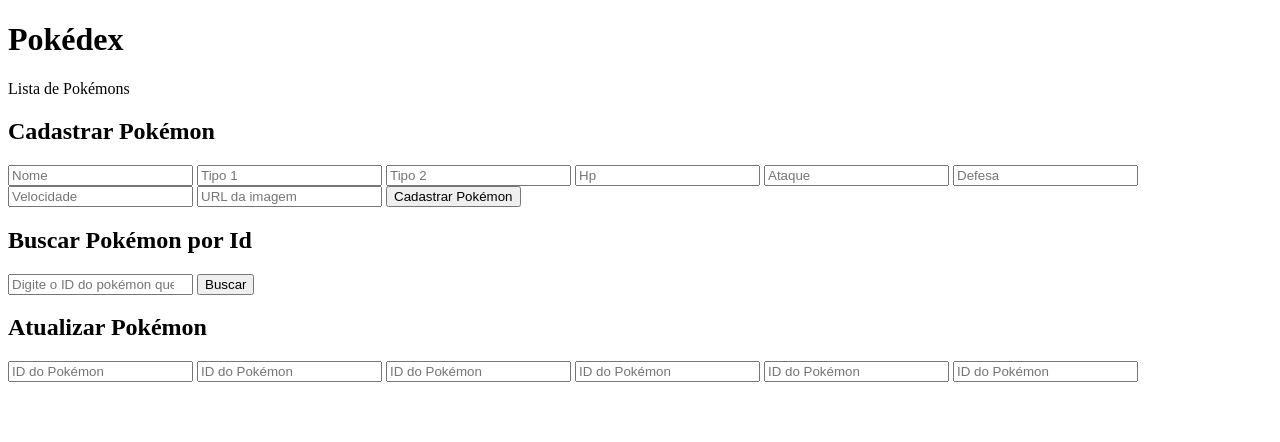
Repository: arthurSchgg/pokedex
Page: front-end/index.html
The author's editor kept a copy of each file at every save. The page is drawn from the files as they stood at one save, then again after a run of saves.
The browser window is 1280 px wide. The pictures show the whole page.
The page's requests for data from a server got no answer.

Above is the page before, as saved 2026-10-01 16:05:07.

### front-end/index.html
<!DOCTYPE html>
<html lang="pt-br">

<head>
    <meta charset="UTF-8">
    <meta name="viewport" content="width=device-width, initial-scale=1.0">
    <link rel="stylesheet" href="style.css">
    <title>Pokédex</title>
</head>

<body>

    <h1>Pokédex</h1>

    <div id="container-pokemon">Lista de Pokémons</div>

    <form id="pokemon-form">

        <h2>Cadastrar Pokémon</h2>

        <input id="nome" type="text" placeholder="Nome" required>

        <input id="tipo1" type="text" placeholder="Tipo 1" required>

        <input id="tipo2" type="text" placeholder="Tipo 2">

        <input id="hp" type="number" placeholder="Hp" required>

        <input id="ataque" type="number" placeholder="Ataque" required>

        <input id="defesa" type="number" placeholder="Defesa" required>

        <input id="velocidade" type="number" placeholder="Velocidade" required>

        <input id="imagem_url" type="text" placeholder="URL da imagem" required>

        <button type="submit">Cadastrar Pokémon</button>

    </form>


    <div>
        <h2>Buscar Pokémon por Id</h2>

        <input
            type="number"
            id="id"
            placeholder="Digite o ID do pokémon que deseja buscar"
        >

        <button id="buscar-pokemon">Buscar</button>
    </div>

    <div id="pokemon-buscado"></div>

    <div>
        <h2>Atualizar Pokémon</h2>

        <form id="pokemon-update-form">
            <input
                type="number"
                id="update-id"
                placeholder="ID do Pokémon"
                required
            >

            <input
                type="number"
                id="update-nome"
                placeholder="ID do Pokémon"
                required
            >

            <input
                type="number"
                id="update-tipo1"
                placeholder="ID do Pokémon"
                required
            >

            <input
                type="number"
                id="update-tipo2"
                placeholder="ID do Pokémon"
                required
            >

            <input
                type="number"
                id="update-hp"
                placeholder="ID do Pokémon"
                required
            >

            <input
                type="number"
                id="update-id"
                placeholder="ID do Pokémon"
                required
            >
        </form>
    </div>

    <script src="script.js"></script>
</body>

</html>

### front-end/script.js
const API_URL = "http://localhost:8181/v1/pokedex";

//Lista os pokemons
async function carregarPokemon() {
    try {
        const resposta = await fetch(`${API_URL}/listar`);

        if (!resposta.ok) {
            throw new Error(`Erro no servidor: ${resposta.status}`);
        }

        const pokemons = await resposta.json();

        console.log("Pokémons carregados:", pokemons);

        const container = document.getElementById("container-pokemon");

        pokemons.forEach(pokemon => {

            const card = document.createElement("div");

            card.innerHTML = `
                <h2>${pokemon.nome}</h2>

                <img src="${pokemon.imagemUrl}" alt="${pokemon.nome}">

                <p>ID: ${pokemon.id}</p>

                <p>Tipo: ${pokemon.tipo1}</p>

                <p>HP: ${pokemon.hp}</p>

                <p>Ataque: ${pokemon.ataque}</p>

                <p>Defesa: ${pokemon.defesa}</p>

                <p>Velocidade: ${pokemon.velocidade}</p>

            `;

            container.appendChild(card);
        });

    } catch (erro) {
        console.error("Erro ao buscar pokémons na linha do fetch:", erro);
    }
}

carregarPokemon();


//Cadastra um novo pokémon
const formulario = document.getElementById("pokemon-form");

formulario.addEventListener("submit", async (event) => {

    event.preventDefault();

    const pokemon = {

        nome: document.getElementById("nome").value,

        tipo1: document.getElementById("tipo1").value,

        tipo2: document.getElementById("tipo2").value,

        hp: Number(document.getElementById("hp").value),

        ataque: Number(document.getElementById("ataque").value),

        defesa: Number(document.getElementById("defesa").value),

        velocidade: Number(document.getElementById("velocidade").value),

        imagemUrl: document.getElementById("imagem_url").value
    }

    try {
        const resposta = await fetch(
            "http://localhost:8181/v1/pokedex/cadastrar",
            {
                method: "POST",

                headers: {
                    "Content-Type": "application/json"
                },

                body: JSON.stringify(pokemon)
            }
        );

        if(!resposta.ok){
            throw new Error("Erro ao cadastrar Pokémon");
        }

        const pokemonCadastrado = await resposta.json();

        console.log("Pokémon cadastrado: " + pokemonCadastrado);

        alert("Pokémon cadastrado com sucesso!");

        formulario.reset();
    } catch (erro){
        console.error("Erro: " , erro);

        alert("Não foi possível cadastrar o Pokémon.")
    }
});

//Busca um pokémon pelo seu ID

const botaoBuscar = document.getElementById("buscar-pokemon");

botaoBuscar.addEventListener("click", async () => {

    const id = document.getElementById("id").value;

    if(!id){
        alert("Digite um ID.");
        return;
    }

    try {
        const resposta = await fetch(`${API_URL}/${id}`);

        if(!resposta.ok){
            throw new Error(`Pokémon não encontrado. Status: ${resposta.status}`);
        }

        const pokemon = await resposta.json();

        console.log("Pokémon encontrado: ", pokemon);

        const container = document.getElementById("pokemon-buscado");

        container.innerHTML = `
            <div class="card-pokemon">

                <h2>${pokemon.nome}</h2>

                <img
                    src="${pokemon.imagemUrl}"
                    alt="${pokemon.nome}"
                >

                <p>Tipo 1: ${pokemon.tipo1}</p>
                <p>Tipo 2: ${pokemon.tipo2 || "Nenhum"}</p>

                <p>HP: ${pokemon.hp}</p>
                <p>Ataque: ${pokemon.ataque}</p>
                <p>Defesa: ${pokemon.defesa}</p>
                <p>Velocidade: ${pokemon.velocidade}</p>

            </div>
        `;
    } catch(erro){
        console.error("Erro ao buscar o Pokémon: ", erro);

        alert("Pokémon não encontrado");
    }

});

Loaded but not shown: front-end/style.css (no stored copy; drawn as an empty file)

After the next 2 saves:
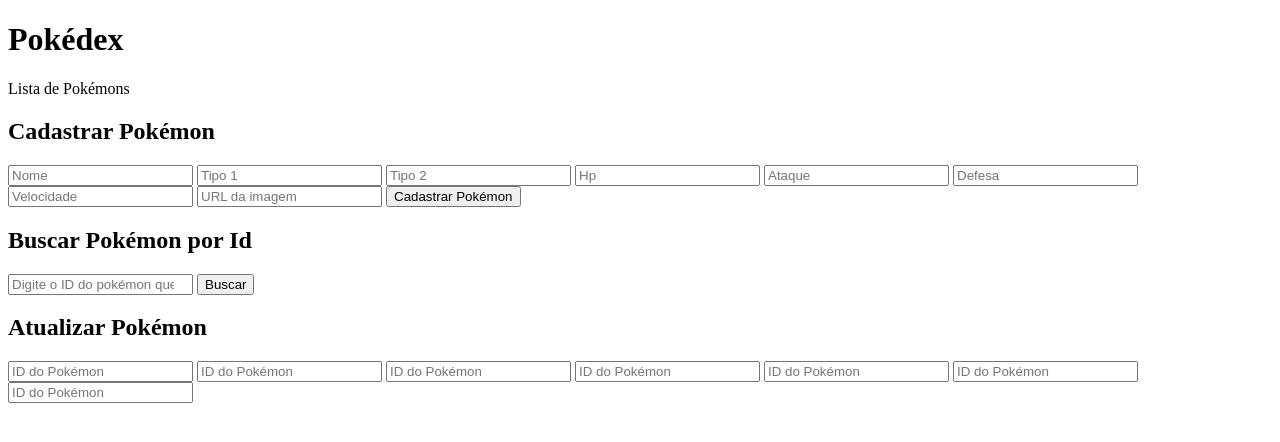
The 2 saves are shown as one change because they came seconds apart.
The last was saved 6 s later.
--- a/front-end/index.html
+++ b/front-end/index.html
@@ -94,6 +94,13 @@
 
             <input
                 type="number"
+                id="update-ataque"
+                placeholder="ID do Pokémon"
+                required
+            >
+
+            <input
+                type="number"
                 id="update-id"
                 placeholder="ID do Pokémon"
                 required
